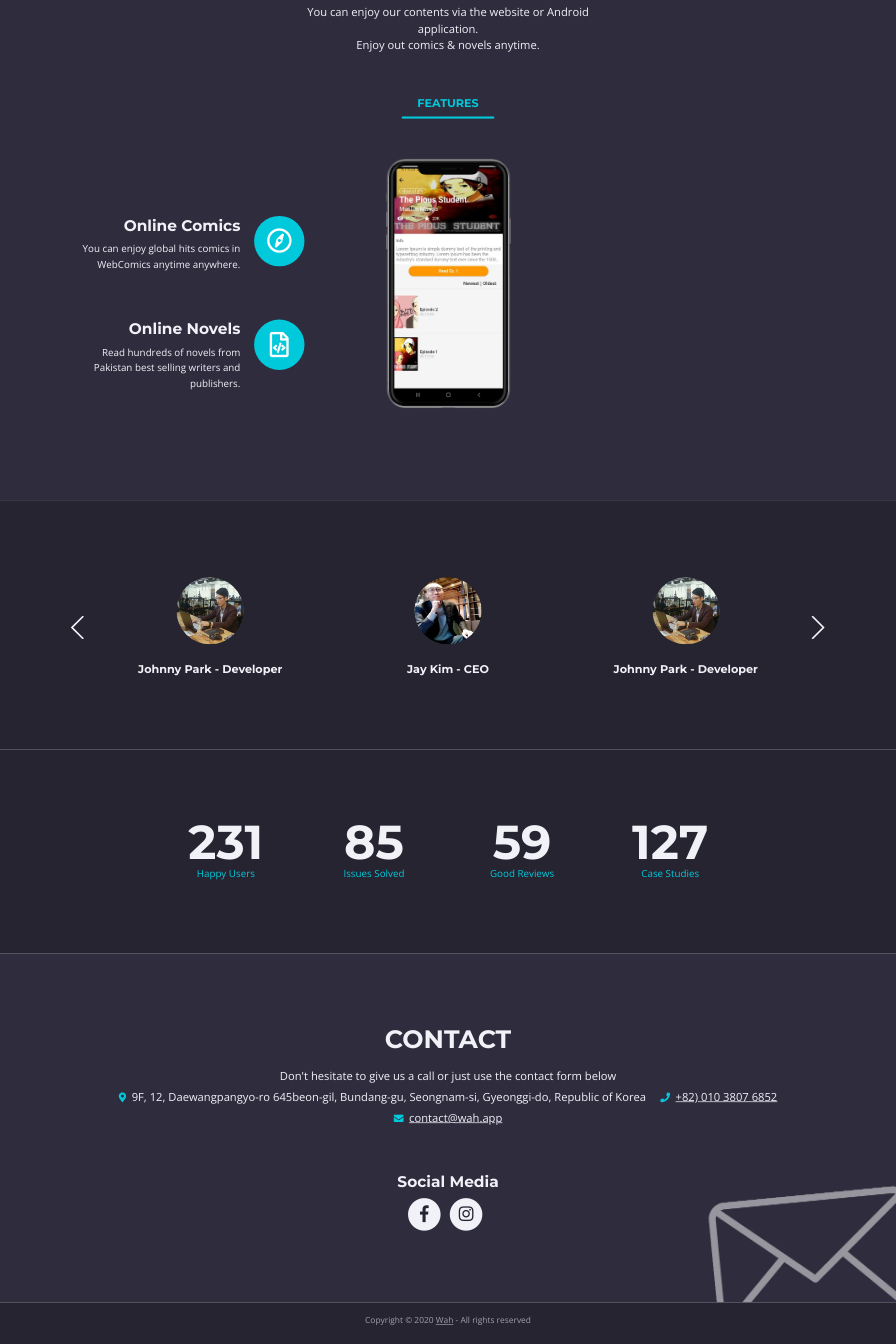
Repository: blackhat97/Homepage
Page: index.html
An editor plug-in stored every save of this project. The page is shown before and after the next save, followed by the edit.
The browser window is 1280 px wide. The pictures show the part of the page from y = 1049 to 2969 px (the page is 2969 px tall), at 70% of full size.

Above is the page before, as saved 2020-04-03 11:32:02.

After the next save:
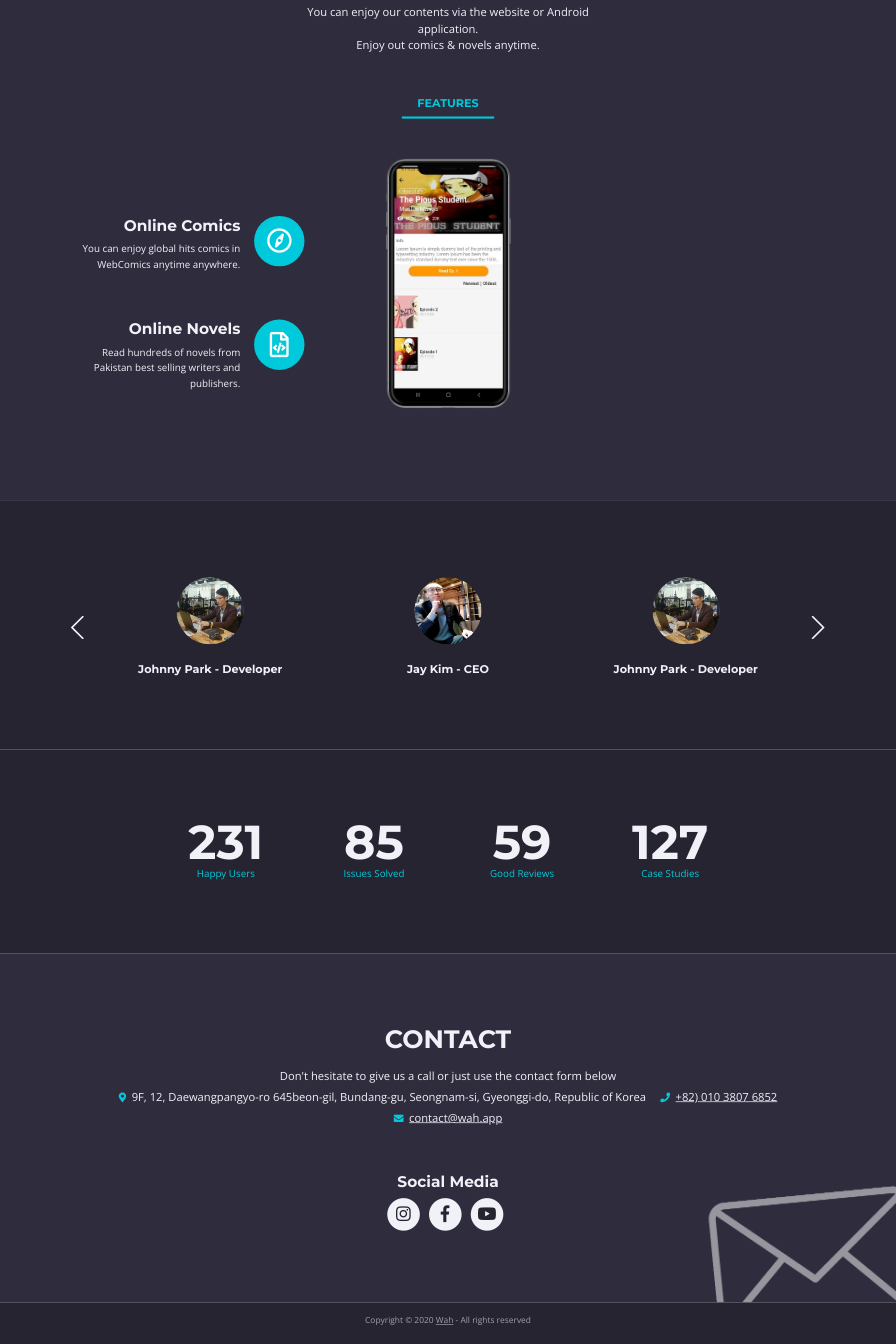
Saved 47 s later.
--- a/index.html
+++ b/index.html
@@ -327,15 +327,21 @@
                     <div class="center">
                         <h4>Social Media</h4>
                         <span class="fa-stack">
+                            <a href="https://www.instagram.com/">
+                                <i class="fas fa-circle fa-stack-2x"></i>
+                                <i class="fab fa-instagram fa-stack-1x"></i>
+                            </a>
+                        </span>
+                        <span class="fa-stack">
                             <a href="https://www.facebook.com/">
                                 <i class="fas fa-circle fa-stack-2x"></i>
                                 <i class="fab fa-facebook-f fa-stack-1x"></i>
                             </a>
                         </span>
                         <span class="fa-stack">
-                            <a href="https://www.instagram.com/">
+                            <a href="https://www.youtube.com/">
                                 <i class="fas fa-circle fa-stack-2x"></i>
-                                <i class="fab fa-instagram fa-stack-1x"></i>
+                                <i class="fab fa-youtube fa-stack-1x"></i>
                             </a>
                         </span>
                     </div>
